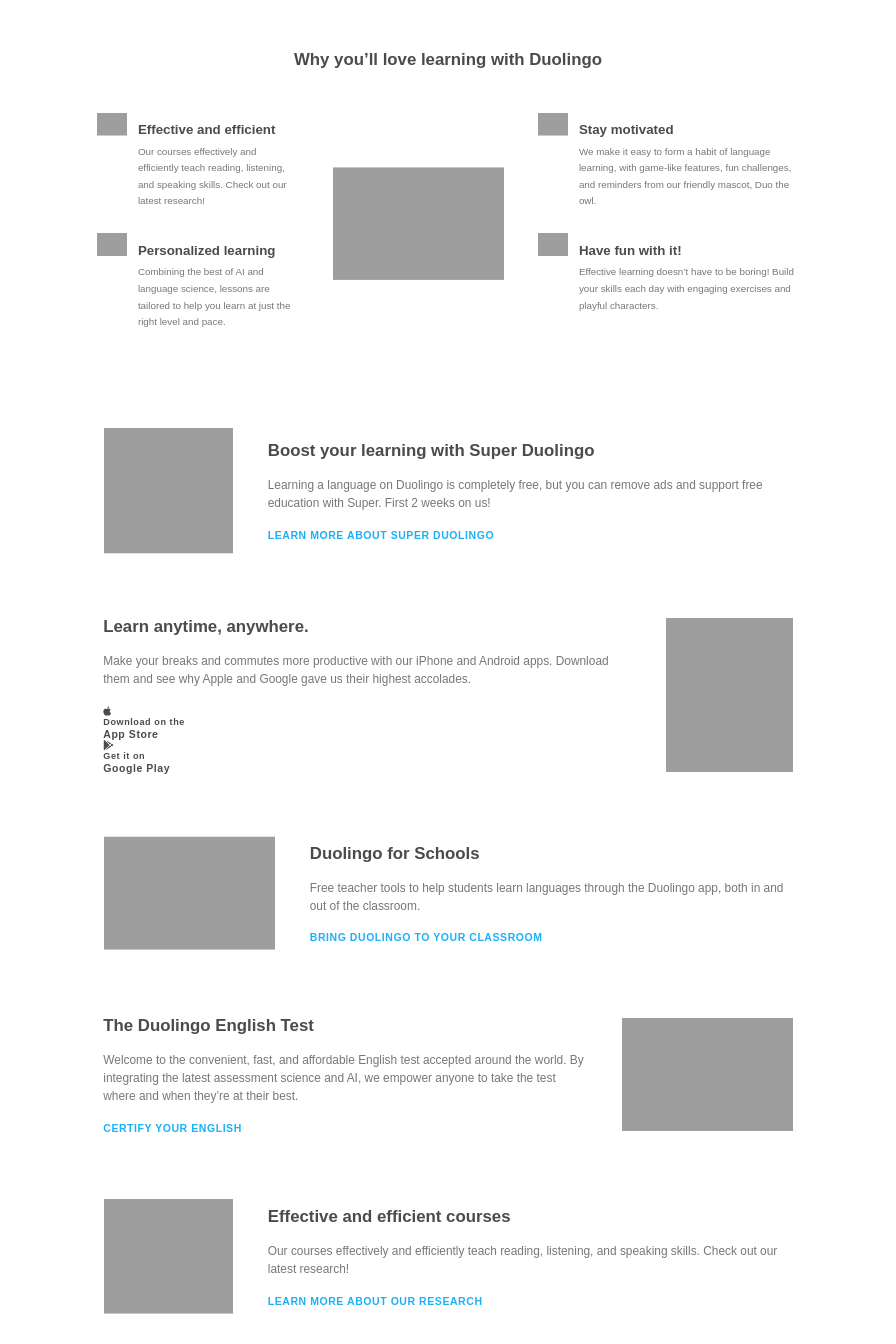
Repository: kauittt/duolingo-little
Page: login.html
The author's editor kept a copy of each file at every save. The page is drawn from the files as they stood at one save, then again after the next save.
The browser window is 1280 px wide. The pictures show the part of the page from y = 937 to 2857 px (the page is 2857 px tall), at 70% of full size.
Pictures or frames that could not be fetched are drawn as grey boxes. A picture or video elsewhere on the page could not be fetched, so the positions and the page height are approximate. Some web libraries are served in a nearby version.

Above is the page before, as saved 2023-03-26 20:47:25.

After the next save:
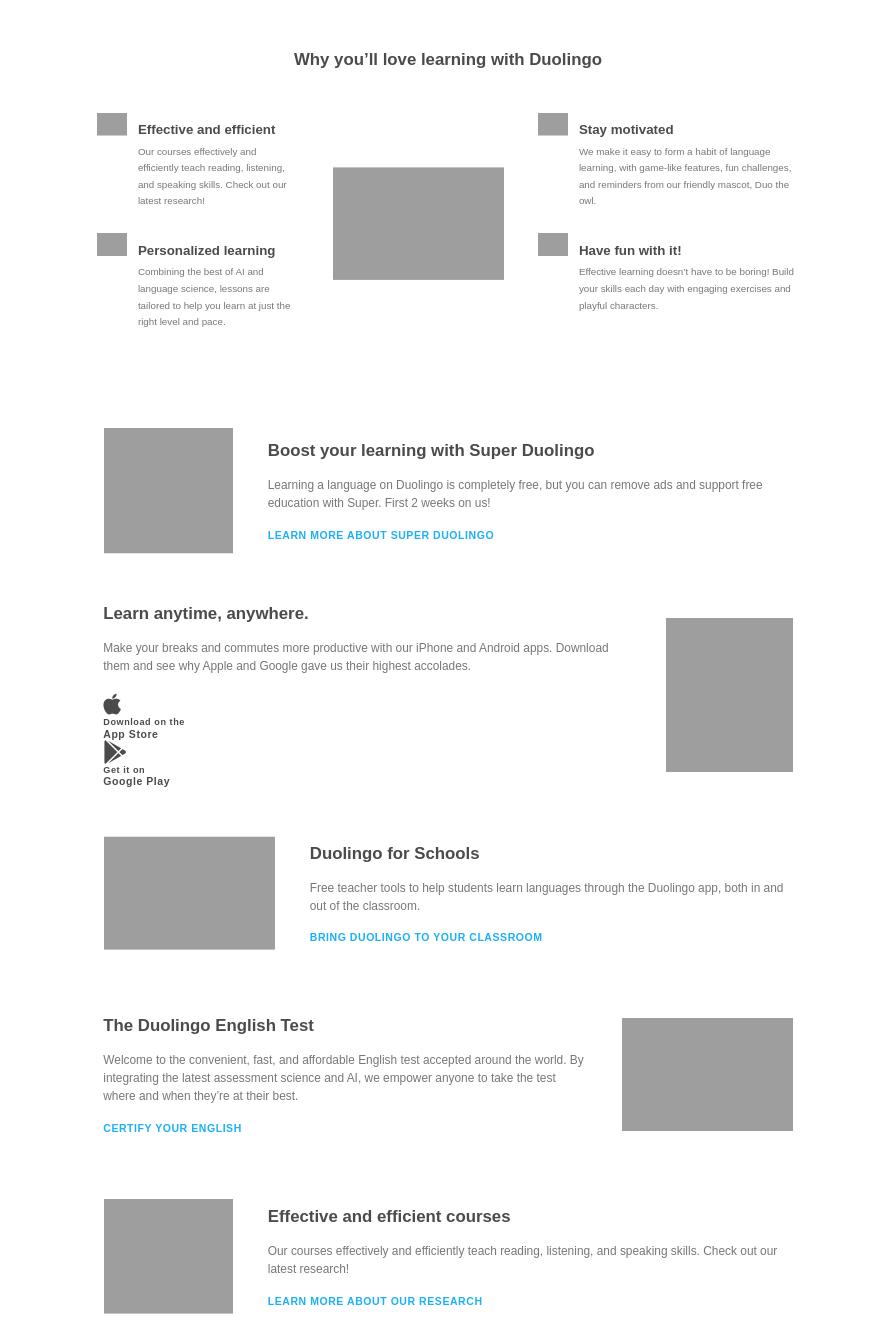
Saved 34 s later.
--- a/assets/css/stytes.css
+++ b/assets/css/stytes.css
@@ -220,8 +220,7 @@
 }
 
 .section-content__link-item > i {
-    text-transform: none;
-    color: rgb(75, 75, 75);
+    font-size: 34px;
 }
 
 .section-content__link-item-content {
